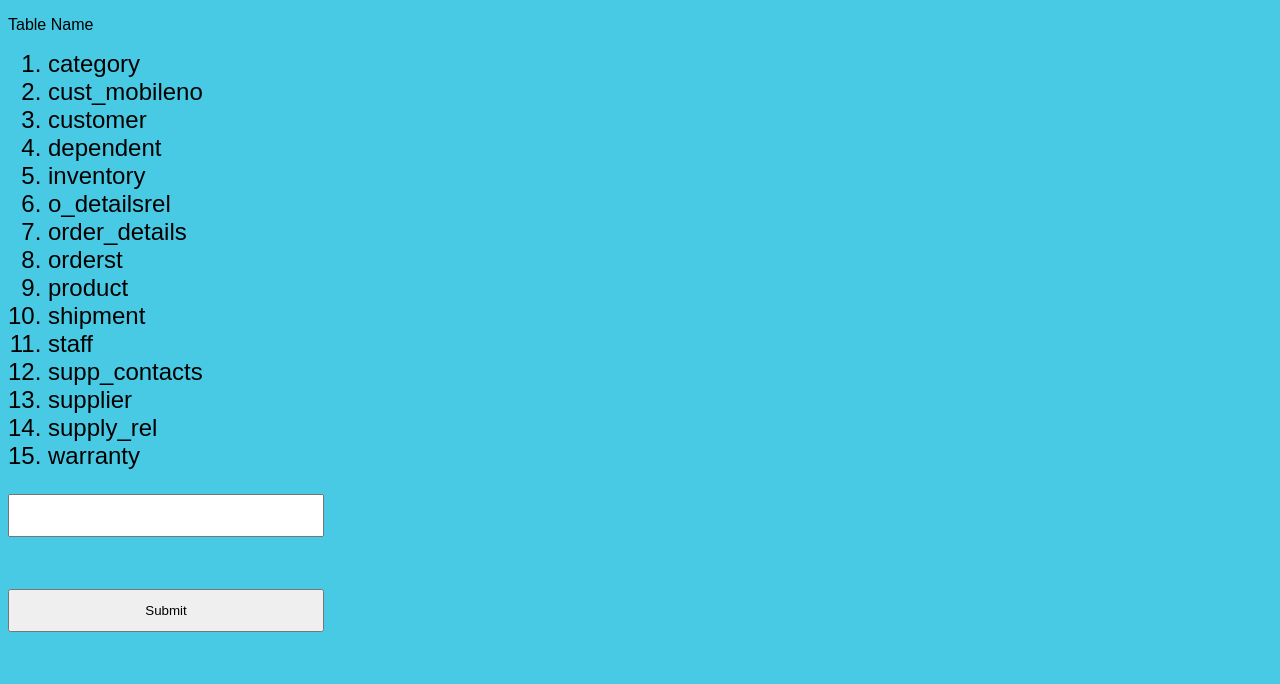
Repository: cyrusdwivedi2002/inventory-management-system
Page: DemoApp/src/main/webapp/export.html
These files come from the project's save history. The page is drawn as it stood at one moment and after the next save; the edit follows.
The browser window is 1280 px wide. The pictures show the whole page.
Some web fonts or font styles are not loaded; a fallback is used.

Above is the page before, as saved 2022-06-24 19:15:36.

After the next save:
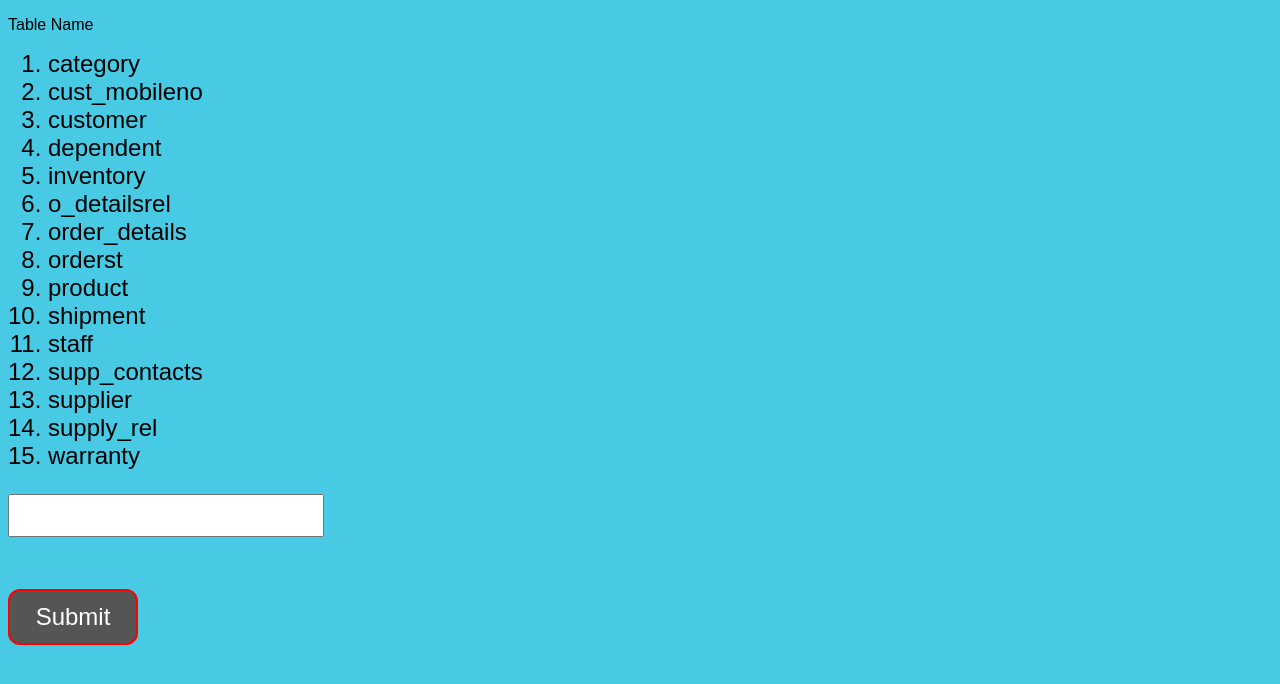
Saved 17 s later.
--- a/DemoApp/src/main/webapp/export.html
+++ b/DemoApp/src/main/webapp/export.html
@@ -35,7 +35,7 @@ input{
 input[type=text]:focus {
   border: 3px solid #555;
 }
-button{
+#button{
 background-color: #555555;
 color:white;
 font-size: 24px;
@@ -43,13 +43,13 @@ width:130px;
 border-radius: 12px;
 border:2px solid red;
 }
-button:hover{
+#button:hover{
 cursor:pointer;
 background-color:#ef476f;
 box-shadow: 0 12px 16px 0 rgba(0,0,0,0.75), 0 17px 50px 0 rgba(0,0,0,0.50);
 transition: all 0.4s;
 }
-button:active {
+#button:active {
   background-color: #4CAF50; /* Green */
   color: white;
 }
